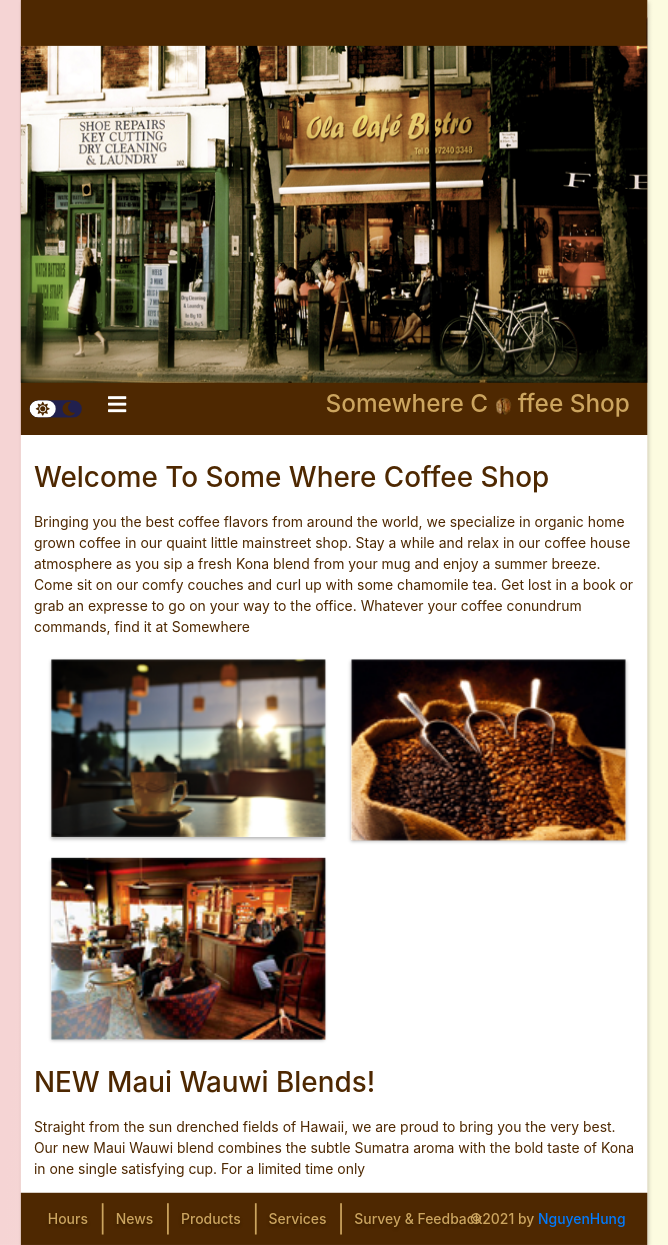
Repository: Hunga9k50doker/SomeWhereCoffeeShop
Page: index.html
An editor plug-in stored every save of this project. The page is shown before and after a run of saves, followed by the edit.
The browser window is 768 px wide. The pictures show the whole page, at 87% of full size.
Some web libraries are served in a nearby version.

Above is the page before, as saved 2021-12-10 11:22:10.

After the next 2 saves:
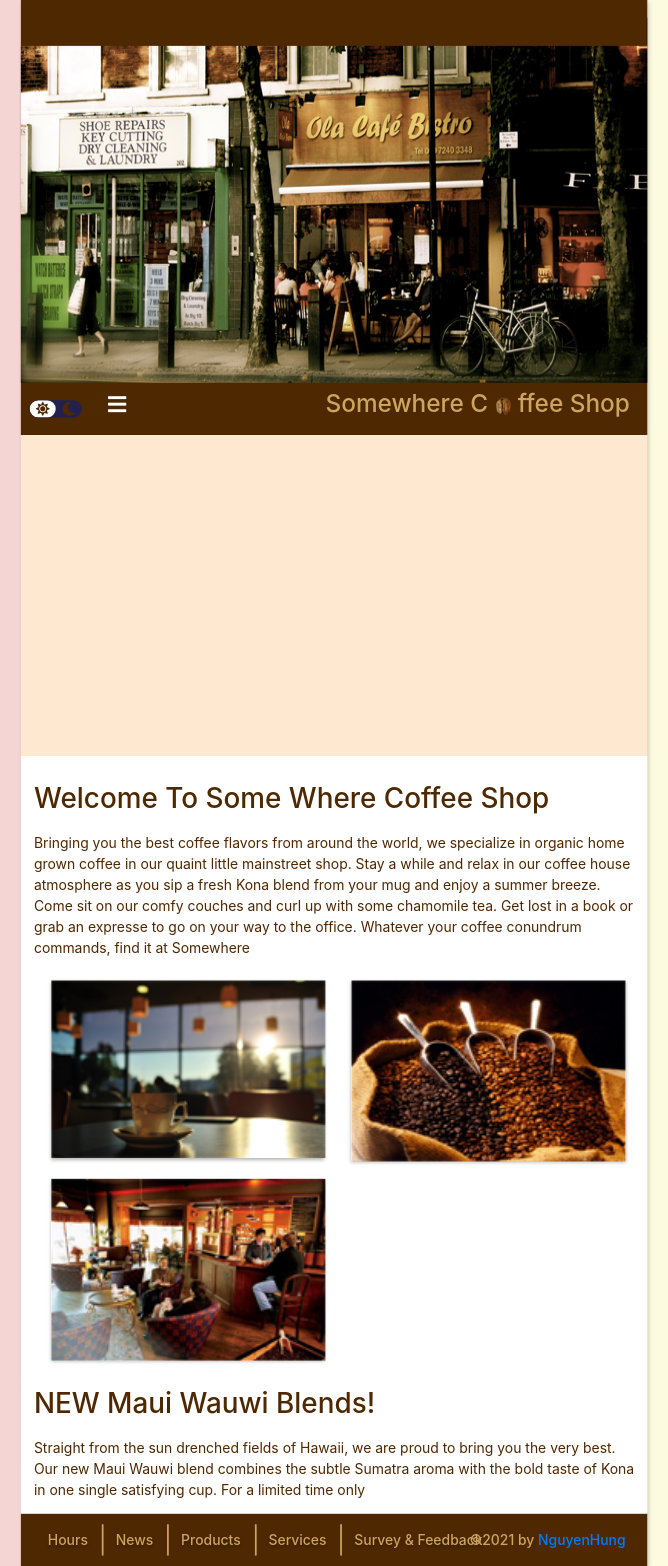
The 2 saves are shown as one change because they came seconds apart.
The last was saved 12 s later.
--- a/css/responsive.css
+++ b/css/responsive.css
@@ -11,13 +11,13 @@
     .col.col-xxl-3.col-lg-3.col-md-12.col-sm-12.side__bar__md.active{
           transform-origin:  center top;
         transform: scaleY(1)  translateY(0) ;
-        display: block ;
+        /* display: block ; */
 
     }
      .col.col-xxl-3.col-lg-3.col-md-12.col-sm-12.side__bar__md:not(.active){
         transform: scaleY(0) translateY(-100%);
         transform-origin: top center;
-        display: none ;
+        /* display: none ; */
 
     }
     .side__bar__md{

After the 4 saves that followed:
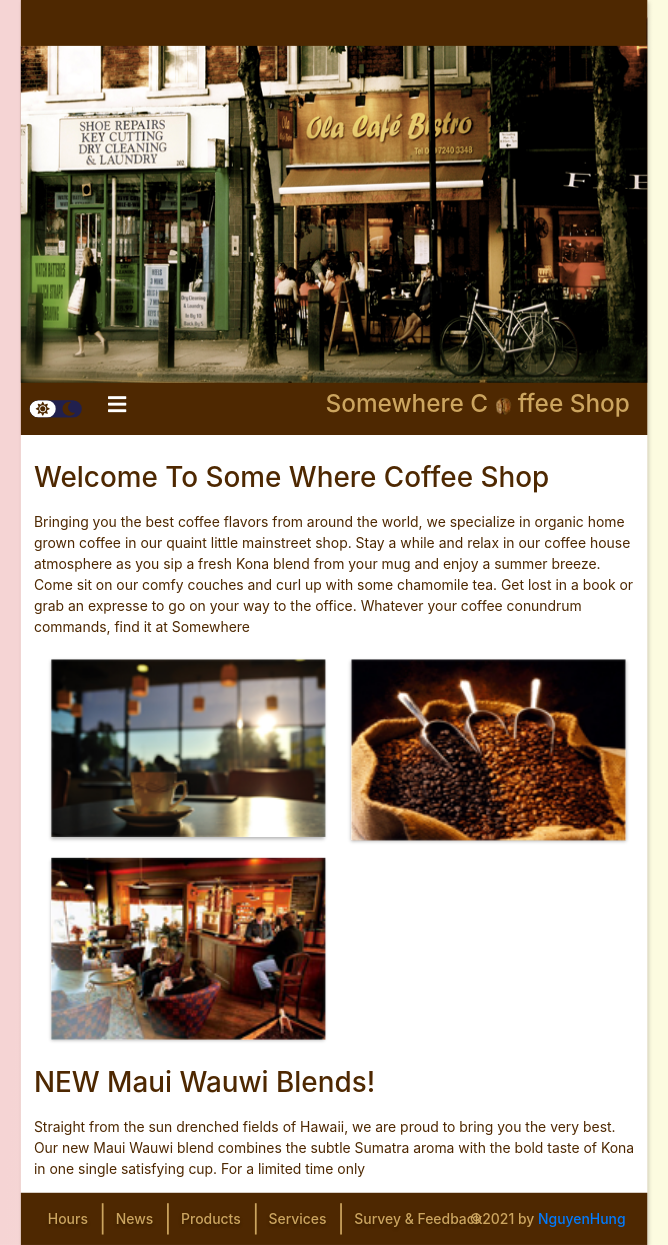
The 4 saves are shown as one change because they came seconds apart.
The last was saved 20 s later.
--- a/css/responsive.css
+++ b/css/responsive.css
@@ -9,15 +9,15 @@
         display: none ;
     }
     .col.col-xxl-3.col-lg-3.col-md-12.col-sm-12.side__bar__md.active{
-          transform-origin:  center top;
-        transform: scaleY(1)  translateY(0) ;
-        /* display: block ; */
+          /* transform-origin:  center top;
+        transform: scaleY(1)  translateY(0) ; */
+        display: block ;
 
     }
      .col.col-xxl-3.col-lg-3.col-md-12.col-sm-12.side__bar__md:not(.active){
-        transform: scaleY(0) translateY(-100%);
-        transform-origin: top center;
-        /* display: none ; */
+        /* transform: scaleY(0) translateY(-100%);
+        transform-origin: top center; */
+        display: none ;
 
     }
     .side__bar__md{
